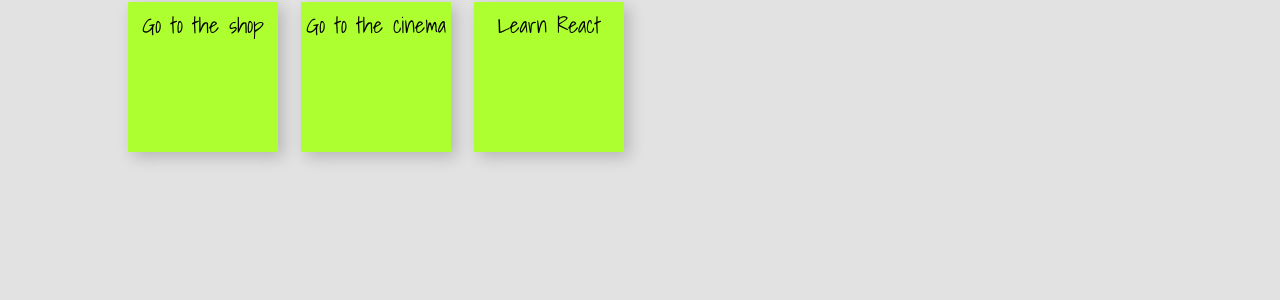
Repository: AlSemyon/notes
Page: /
The author's editor kept a copy of each file at every save. The page is drawn from the files as they stood at one save, then again after a run of saves.
The browser window is 1280 px wide. The pictures show the whole page.
The project was rebuilt for these pictures with package versions that can differ from the ones it lists, and the page was loaded fresh each time.

Above is the page before, as saved 2018-11-18 13:24:41.

### public/index.html
<!DOCTYPE html>
<html lang="en">
  <head>
    <meta charset="utf-8">
    <link rel="shortcut icon" href="%PUBLIC_URL%/favicon.ico">
    <meta name="viewport" content="width=device-width, initial-scale=1, shrink-to-fit=no">
    <meta name="theme-color" content="#000000">
    <!--
      manifest.json provides metadata used when your web app is added to the
      homescreen on Android. See https://developers.google.com/web/fundamentals/web-app-manifest/
    -->
    <link rel="manifest" href="%PUBLIC_URL%/manifest.json">
    <!--
      Notice the use of %PUBLIC_URL% in the tags above.
      It will be replaced with the URL of the `public` folder during the build.
      Only files inside the `public` folder can be referenced from the HTML.

      Unlike "/favicon.ico" or "favicon.ico", "%PUBLIC_URL%/favicon.ico" will
      work correctly both with client-side routing and a non-root public URL.
      Learn how to configure a non-root public URL by running `npm run build`.
    -->
    <title>React App</title>
  </head>
  <body>
    <noscript>
      You need to enable JavaScript to run this app.
    </noscript>

    <div id="root"></div>
    <!--
      This HTML file is a template.
      If you open it directly in the browser, you will see an empty page.

      You can add webfonts, meta tags, or analytics to this file.
      The build step will place the bundled scripts into the <body> tag.

      To begin the development, run `npm start` or `yarn start`.
      To create a production bundle, use `npm run build` or `yarn build`.
    -->
  </body>
</html>

### src/index.css
@import url(http://fonts.googleapis.com/css?family=Shadows+Into+Light);

* {
    margin: 0;
    padding: 0;
    box-sizing: border-box;
}
body {
    background: #e2e2e2;
}


.container {
    max-width: 80%;
    margin: auto;
    min-height: 100vh;

}

.grid{
    display: grid;
    grid-gap: 15px;
    grid-template-columns: repeat(auto-fill, minmax(150px, 1fr))
}

.note {
    height: 150px;
    width: 150px;
    background-color: greenyellow;
    margin: 2px 0;
    position: relative;
    cursor: -webkit-grab;
    box-shadow: 5px 5px 15px 0 rgba(0, 0, 0, .2);
}

.note:active {
    cursor: -webkit-grabbing;
}

.note p {
    font-size: 22px;
    text-align: center;
    padding: 5px;
    font-family: "Shadows Into Light", Arial;
}

.note:hover > span {
    opacity: 1;
}

.note > span {
    position: absolute;
    bottom: 2px;
    right: 2px;
    opacity: 0;
    transition: opacity .25s linear;
}

.note button {
    margin: 2px;
}

.note form {
    text-align: center;
    height: 100%;
}

.note  textarea {
    width: 95%;
    max-width: 100%;
    margin-top: 1rem;
    height: 50%;
    background: rgba(255, 255, 255, .5);
    resize: none;
}

.container button {
  color: #fff;
  font-size: 14px;
  box-shadow: 0px 0px 5px 0px rgba(0, 0, 0, 0.55);
}

.add {
  margin-top: 3rem;
  background-color: #5cb85c;
  height: 3rem;
  min-width: 3rem;
}

.edit {
  background-color: #337ab7;
}

.save {
  background-color: #5cb85c;
}

.remove {
  background-color: #d9534f;
}

### src/components/App.js
import React, {Component} from 'react';
import PropTypes from 'prop-types';
import notes from '../notes'
import Note from './Note'
import './style.css'


class App extends Component {
    state = {notes};

    eachNote = (note) =>
        <Note key={note.id} id={note.id}> {note.text} </Note>

    render() {
        return (
            <div className="container">
                <div className="grid">
                    {this.state.notes.map(this.eachNote)}
                </div>
            </div>
        )
    }
}

export default App;

### src/notes.json
[
    {
       "id": 1,
       "text": "Go to the shop"
   },
   {
     "id": 2,
     "text": "Go to the cinema"
   },
   {
     "id": 3,
     "text": "Learn React"
   }
]

### src/components/Note.js
import React, {Component} from 'react';
import PropTypes from 'prop-types';
import { FaPencilAlt } from 'react-icons/fa';
import { FaTrash } from 'react-icons/fa';
import { FaSave } from 'react-icons/fa';


class Note extends Component {
    constructor(props) {
        super(props);
        this.state = {
            isedit: false
        }

        this.edit = this.edit.bind(this);
        this.remove = this.remove.bind(this);
        this.save = this.save.bind(this);
        this.renderForm = this.renderForm.bind(this);
        this.renderDisplay = this.renderDisplay.bind(this);

    }
    edit = () => {
        this.setState({isedit: true})
    }

    remove = () => {
        console.log('Remove')
    }

    save = e => {
        e.preventDefault();
        this.setState({isedit: false})
    }
    renderForm = () =>
        <div className="note">
            <form>
                <textarea ref={node => this.newNote = node}/>
                <button onClick={this.save} className="save"><FaSave/></button>
            </form>
        </div>

    renderDisplay = () =>
        <div className="note">
        <p>{this.props.children}</p>
        <span>
            <button onClick={this.edit} className="edit"><FaPencilAlt/></button>
            <button onClick={this.remove} className="edit"><FaTrash/></button>
        </span>
    </div>

    render() {
        return(
            <div className="grid">
                {this.state.isedit ? this.renderForm(): this.renderDisplay()}
            </div>
        )
    }
}

export default Note;

### src/components/style.css
@import url(http://fonts.googleapis.com/css?family=Shadows+Into+Light);

* {
    margin: 0;
    padding: 0;
    box-sizing: border-box;
}
body {
    background: #e2e2e2;
}


.container {
    max-width: 80%;
    margin: auto;
    min-height: 100vh;

}

.grid{
    display: grid;
    grid-gap: 15px;
    grid-template-columns: repeat(auto-fill, minmax(150px, 1fr))
}

.note {
    height: 150px;
    width: 150px;
    background-color: greenyellow;
    margin: 2px 0;
    position: relative;
    cursor: -webkit-grab;
    box-shadow: 5px 5px 15px 0 rgba(0, 0, 0, .2);
}

.note:active {
    cursor: -webkit-grabbing;
}

.note p {
    font-size: 22px;
    text-align: center;
    padding: 5px;
    font-family: "Shadows Into Light", Arial;
}

.note:hover > span {
    opacity: 1;
}

.note > span {
    position: absolute;
    bottom: 2px;
    right: 2px;
    opacity: 0;
    transition: opacity .25s linear;
}

.note button {
    margin: 2px;
}

.note form {
    text-align: center;
    height: 100%;
}

.note  textarea {
    width: 95%;
    max-width: 100%;
    margin-top: 1rem;
    height: 50%;
    background: rgba(255, 255, 255, .5);
    resize: none;
}

.container button {
  color: #fff;
  font-size: 14px;
  box-shadow: 0px 0px 5px 0px rgba(0, 0, 0, 0.55);
}

.add {
  margin-top: 3rem;
  background-color: #5cb85c;
  height: 3rem;
  min-width: 3rem;
}

.edit {
  background-color: #337ab7;
}

.save {
  background-color: #5cb85c;
}

.remove {
  background-color: #d9534f;
}

Loaded but not shown: src/index.js (common file)

After the next 2 saves:
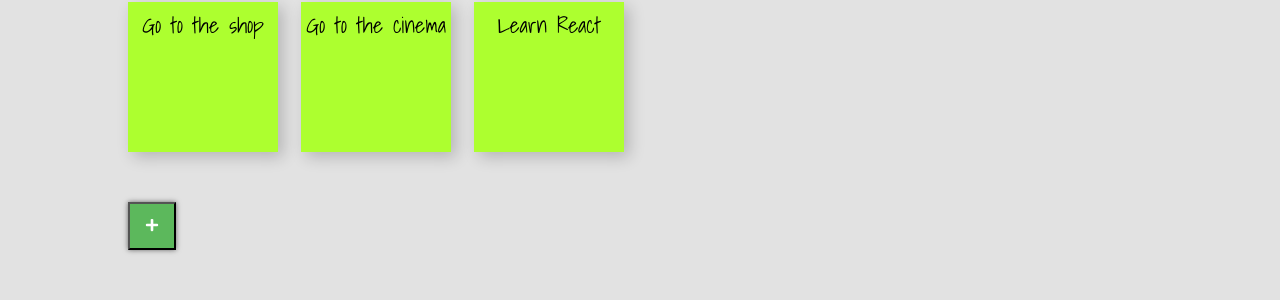
The 2 saves are shown as one change because 1 did not build or start.
The last was saved 2 min 27 s later.
--- a/src/components/App.js
+++ b/src/components/App.js
@@ -3,6 +3,7 @@ import PropTypes from 'prop-types';
 import notes from '../notes'
 import Note from './Note'
 import './style.css'
+import { FaPlus } from 'react-icons/fa';
 
 
 class App extends Component {
@@ -17,6 +18,7 @@ class App extends Component {
                 <div className="grid">
                     {this.state.notes.map(this.eachNote)}
                 </div>
+                <button onClick={this.add} className="add"><FaPlus/></button>
             </div>
         )
     }
